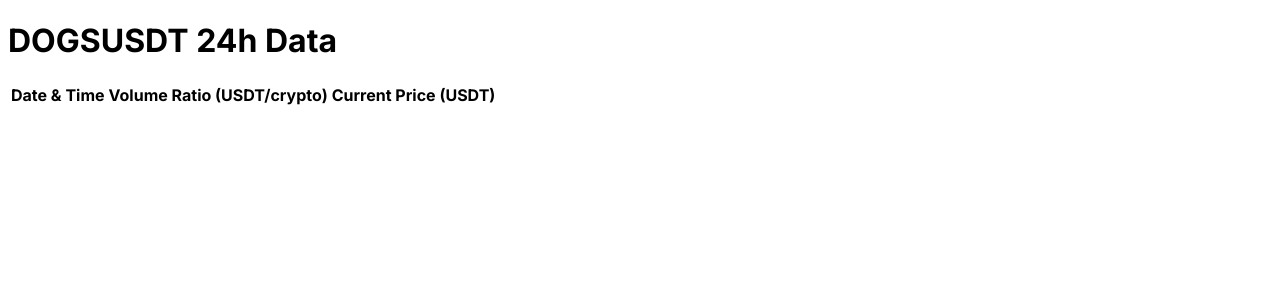
Repository: AbApin/trading-bot
Page: /crypto-table
An editor plug-in stored every save of this project. The page is shown before and after a run of saves, followed by the edit.
The browser window is 1280 px wide. The pictures show the whole page.
The page's requests for data from a server got no answer. The project was rebuilt for these pictures with package versions that can differ from the ones it lists, and the page was loaded fresh each time. The framework's server and built-in components were replaced by stand-ins that run in the browser. No one was signed in, and anything a server would have sent is missing. Also part of the build but not shown: next.config.mjs.

Above is the page before, as saved 2024-09-05 16:43:41.

After the next 3 saves:
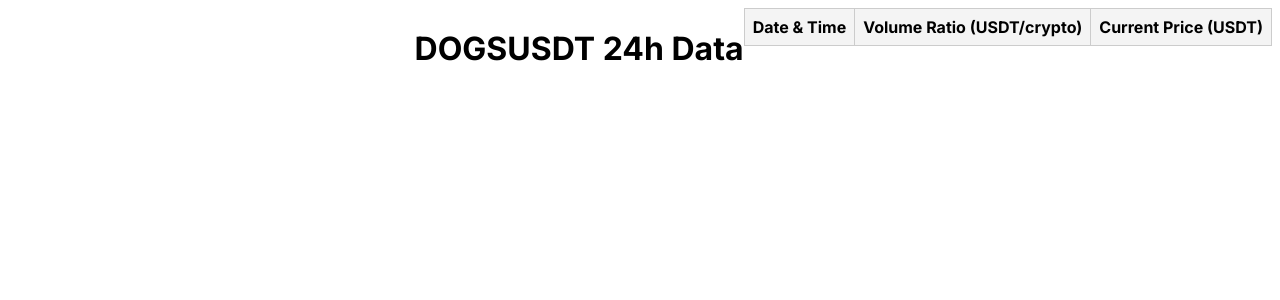
The 3 saves are shown as one change because 1 did not build or start and some came seconds apart.
The last was saved 43 s later.
--- a/src/app/crypto-table/page.js
+++ b/src/app/crypto-table/page.js
@@ -2,6 +2,7 @@
 import { useState, useEffect } from 'react';
 import axios from 'axios';
 import { useSearchParams } from 'next/navigation';
+import './page-module.css'; // Adjust the path as necessary
 
 const CryptoTablePage = () => {
   const searchParams = useSearchParams();

After the save that followed:
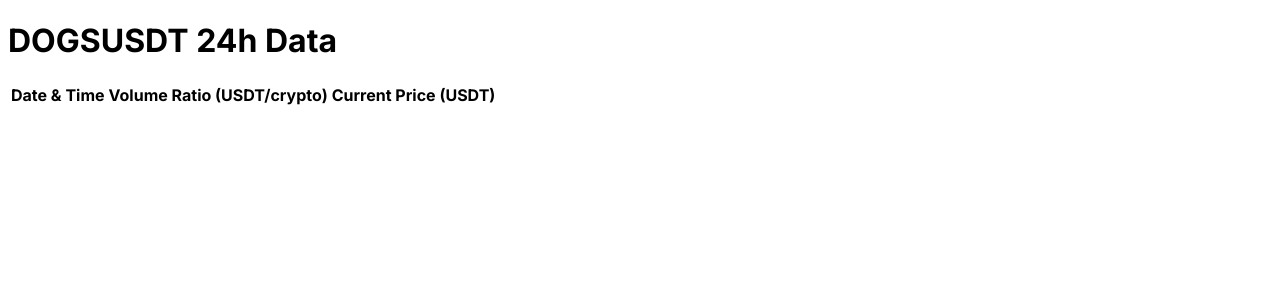
Saved 2 min 24 s later.
--- a/src/app/crypto-table/page-module.css
+++ b/src/app/crypto-table/page-module.css
@@ -1,35 +1,41 @@
-.container {
-  display: flex;
-  justify-content: flex-end;
+.table-container {
+  width: 100%;
+  max-height: 600px;
+  overflow-y: auto; /* Enables vertical scrolling */
+  border: 1px solid #ccc; /* Optional: adds a border around the table */
+  background-color: #fff; /* Optional: sets a background color */
 }
 
-.table-container {
-  width: 50%;
-  height: 100vh;
-  overflow-y: auto;
-  position: relative;
-}
-
-table {
-  width: 100%;
+.crypto-table {
+  width: 100%; /* Full width */
   border-collapse: collapse;
 }
 
-th,
-td {
+.crypto-table th,
+.crypto-table td {
   border: 1px solid #ccc;
   padding: 8px;
   text-align: center;
 }
 
-thead {
-  background-color: #f4f4f4;
+.crypto-table thead {
+  background-color: #f9f9f9;
 }
 
-.latest-row {
-  background-color: #d4edda; /* Green color for the latest row */
+.crypto-table tbody {
+  display: block;
+  max-height: 600px;
+  overflow-y: auto;
+  width: 100%;
 }
 
-tr:nth-child(even) {
-  background-color: #f9f9f9;
+.crypto-table tbody tr {
+  display: table;
+  width: 100%;
+  table-layout: fixed;
 }
+
+.fixed-row {
+  background-color: #dff0d8; /* Light green background */
+  font-weight: bold;
+}
